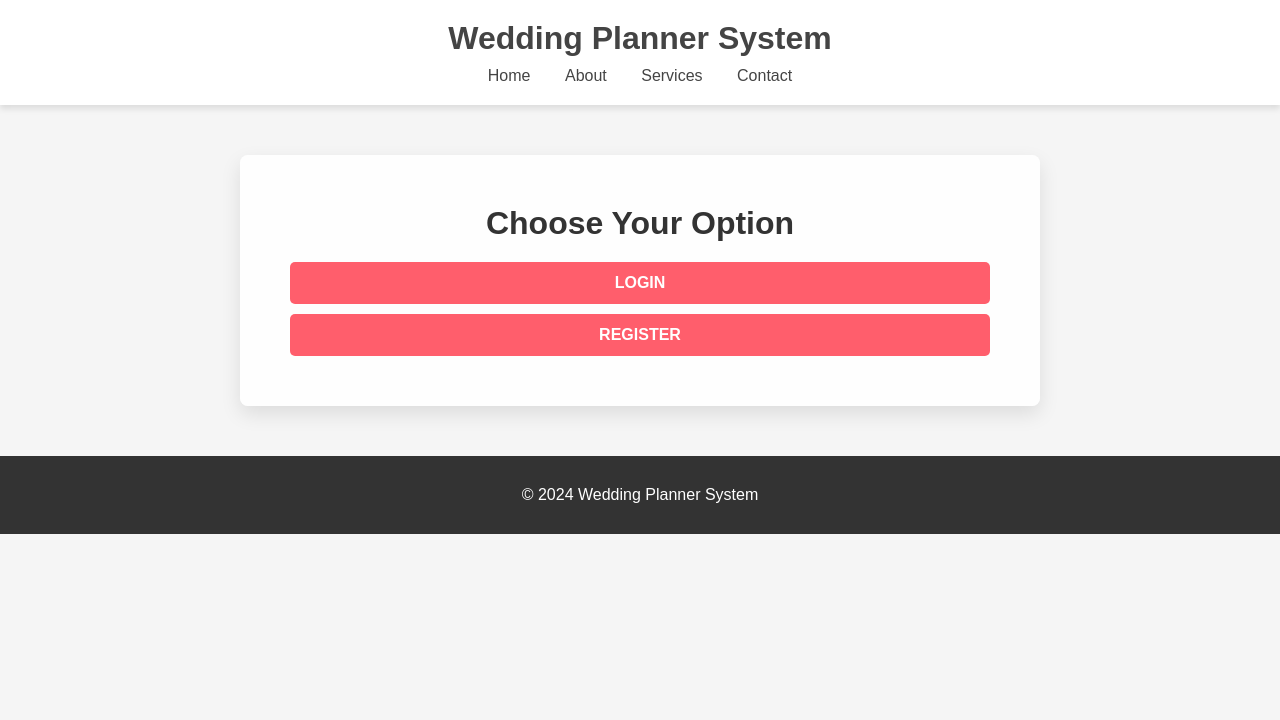
Repository: Sasmita-28/weeding_planner
Page: wedding_system_planner_update/src/main/webapp/options.html
These files come from the project's save history. The page is drawn as it stood at one moment and after the next save; the edit follows.
The browser window is 1280 px wide. The pictures show the whole page.

Above is the page before, as saved 2025-03-13 09:43:56.

### wedding_system_planner_update/src/main/webapp/options.html
<!DOCTYPE html>
<html lang="en">
<head>
  <meta charset="UTF-8">
  <meta name="viewport" content="width=device-width, initial-scale=1.0">
  <title>Login/Register Options</title>
  <link rel="stylesheet" href="styles.css">
</head>
<body class="option_dign">
  <header>
    <h1 class="main-heading">Wedding Planner System</h1>
    <nav>
      <ul>
        <li><a href="index.html">Home</a></li>
        <li><a href="#">About</a></li>
        <li><a href="#">Services</a></li>
        <li><a href="#">Contact</a></li>
      </ul>
    </nav>
  </header>

  <section class="options">
    <div class="option-box">
      <h2 class="option-title">Choose Your Option</h2>
      <div class="btn-container">
        <a href="signin.jsp" class="btn">Login</a>
        <a href="register.jsp" class="btn">Register</a>
      </div>
    </div>
  </section>

  <footer>
    <p>&copy; 2024 Wedding Planner System</p>
  </footer>
</body>
</html>

### wedding_system_planner_update/src/main/webapp/styles.css
@charset "UTF-8";

* {
    margin: 0;
    padding: 0;
    box-sizing: border-box;
    scroll-behavior: smooth;
}

body {
    font-family: 'Poppins', Arial, sans-serif;
    background-color: #f5f5f5;
    color: #333;
}

/* HEADER STYLING */
header {
    background-color: #ffffff;
    box-shadow: 0px 4px 6px rgba(0, 0, 0, 0.1);
    padding: 20px 0;
    text-align: center;
    position: sticky;
    top: 0;
    z-index: 1000;
}

header h1 {
    font-size: 2rem;
    font-weight: 600;
    color: #444;
}

nav ul {
    list-style: none;
    margin-top: 10px;
}

nav ul li {
    display: inline-block;
    margin: 0 15px;
}

nav ul li a {
    text-decoration: none;
    font-size: 1rem;
    font-weight: 500;
    color: #444;
    transition: color 0.3s ease;
}

nav ul li a:hover {
    color: #ff5e6c;
}

/* HERO SECTION */
.hero {
    position: relative;
    display: flex;
    align-items: center;
    justify-content: center;
    text-align: center;
    padding: 200px 20px;
    color: white;
    overflow: hidden; /* Ensures blur does not overflow */
}

.hero::before {
    content: "";
    position: absolute;
    top: 0;
    left: 0;
    width: 100%;
    height: 100%;
    background: url('pexels-dzeninalukac-754262.jpg') center/cover no-repeat;
    filter: blur(50px); /* Adjust the blur intensity */
    z-index: -1;
}

.hero-content {
    position: relative;
    z-index: 2;
    max-width: 600px;
}

.hero h2 {
    font-size: 3rem;
    font-weight: 700;
    margin-bottom: 20px;
    text-shadow: 2px 2px 4px rgba(0, 0, 0, 0.2);
}

.hero p {
    font-size: 1.2rem;
    margin-bottom: 30px;
    opacity: 0.9;
}

.btn {
    display: inline-block;
    padding: 12px 25px;
    font-size: 1rem;
    font-weight: bold;
    text-transform: uppercase;
    color: white;
    background: #ff5e6c;
    border-radius: 5px;
    text-decoration: none;
    transition: background 0.3s ease;
}

.btn:hover {
    background: #ff3c4a;
}

/* OPTIONS SECTION */
.option-box {
    background-color: rgba(255, 255, 255, 0.95);
    padding: 50px;
    border-radius: 8px;
    box-shadow: 0px 8px 20px rgba(0, 0, 0, 0.1);
    text-align: center;
    max-width: 800px;
    margin: 50px auto;
}

.option-title {
    font-size: 2rem;
    font-weight: 600;
    margin-bottom: 20px;
}

.btn-container {
    display: flex;
    flex-direction: column;
    gap: 10px;
}

/* SIGN-IN FORM */
.container {
    display: flex;
    justify-content: center;
    align-items: center;
    height: 100vh;
    background: url('alvin-mahmudov-9_XfcBxf_uo-unsplash.jpg') center/cover no-repeat;
}

.signin-box {
    background: rgba(255, 255, 255, 0.2); /* Transparent white */
    padding: 40px;
    border-radius: 8px;
    box-shadow: 0px 8px 20px rgba(0, 0, 0, 0.1);
    width: 350px;
    text-align: center;
    backdrop-filter: blur(10px); /* Increases blur effect */
    border: 1px solid rgba(255, 255, 255, 0.3); /* Adds a subtle border */
}

.signin-box h2 {
    font-size: 1.8rem;
    font-weight: 600;
    margin-bottom: 20px;
}

.signin-box form input {
    width: 100%;
    padding: 12px;
    margin-bottom: 15px;
    border: 1px solid #ccc;
    border-radius: 5px;
    font-size: 1rem;
}

.signin-box form button {
    width: 100%;
    padding: 12px;
    background-color: #ff5e6c;
    color: white;
    border: none;
    border-radius: 5px;
    cursor: pointer;
    transition: background 0.3s ease;
}

.signin-box form button:hover {
    background-color: #ff3c4a;
}

/* RELIGION SECTION */
.religion {
    display: flex;
    flex-direction: column;
    align-items: center;
    justify-content: center;
    height: 100vh;
    background: url('https://cdn.pixabay.com/photo/2016/11/21/15/58/wedding-1846114_1280.jpg') center/cover no-repeat;
}

@keyframes blink {
    0% { color: purple; }
    33% { color: pink; }
    66% { color: white; }
    100% { color: purple; }
}

.RELIGION {
    font-family: 'Segoe Script', sans-serif;
    font-size: 50px;
    text-align: center;
    color: #d8bfd8;
    animation: blink 2s infinite;
}

#selectoption {
    width: 220px;
    padding: 12px;
    font-size: 1rem;
    border: 2px solid #ddd;
    border-radius: 5px;
    background-color: white;
    cursor: pointer;
}

button {
    display: inline-block;
    margin-top: 20px;
    padding: 12px 25px;
    font-size: 1rem;
    font-weight: bold;
    background-color: #007bff;
    color: white;
    border: none;
    border-radius: 5px;
    cursor: pointer;
    transition: background 0.3s ease;
}

button:hover {
    background-color: #0056b3;
}

/* FOOTER */
footer {
    background-color: #333;
    color: white;
    text-align: center;
    padding: 30px 0;
    font-size: 1rem;
}

/* MEDIA QUERIES */
@media screen and (max-width: 768px) {
    .hero {
        padding: 150px 20px;
    }

    .hero h2 {
        font-size: 2.5rem;
    }

    .hero p {
        font-size: 1rem;
    }

    nav ul {
        display: flex;
        flex-direction: column;
        gap: 10px;
    }

    .signin-box {
        width: 90%;
        padding: 30px;
    }
}

### wedding_system_planner_update/src/main/webapp/style2.css
/* General Styling */
body {
    font-family: 'Poppins', sans-serif;
    margin: 0;
    padding: 0;
    background: url('pexels-dzeninalukac-754262.jpg') center/cover no-repeat;
    display: flex;
    flex-direction: column;
    align-items: center;
    justify-content: center;
    min-height: 100vh;
    color: white;
}

/* Header */
header {
    background: rgba(0, 0, 0, 0.6);
    padding: 20px;
    width: 100%;
    text-align: center;
    position: fixed;
    top: 0;
    left: 0;
}

.main-heading {
    font-size: 2rem;
    font-weight: bold;
    letter-spacing: 1px;
    text-transform: uppercase;
}

/* Navigation */
nav ul {
    list-style: none;
    padding: 0;
    margin: 10px 0 0;
    display: flex;
    justify-content: center;
}

nav ul li {
    margin: 0 15px;
}

nav ul li a {
    color: white;
    text-decoration: none;
    font-weight: 500;
    transition: 0.3s;
}

nav ul li a:hover {
    color: #ffcc00;
}

/* Options Section */
.options {
    display: flex;
    justify-content: center;
    align-items: center;
    height: 100vh;
    width: 100%;
}

/* Glassmorphism Effect for Option Box */
.option-box {
    background: rgba(255, 255, 255, 0.2);
    backdrop-filter: blur(10px);
    padding: 40px;
    border-radius: 12px;
    box-shadow: 0 10px 30px rgba(0, 0, 0, 0.2);
    text-align: center;
    border: 1px solid rgba(255, 255, 255, 0.3);
}

/* Option Title */
.option-title {
    font-size: 1.8rem;
    margin-bottom: 20px;
    font-weight: bold;
}

/* Button Container */
.btn-container {
    display: flex;
    justify-content: center;
    gap: 20px;
}

/* Buttons */
.btn {
    display: inline-block;
    padding: 12px 25px;
    font-size: 1.1rem;
    color: white;
    background: linear-gradient(135deg, #ff7eb3, #ff758c);
    border-radius: 8px;
    text-decoration: none;
    font-weight: bold;
    transition: 0.3s;
    box-shadow: 0 4px 15px rgba(255, 118, 136, 0.3);
}

.btn:hover {
    background: linear-gradient(135deg, #ff758c, #ff7eb3);
    transform: translateY(-3px);
    box-shadow: 0 6px 20px rgba(255, 118, 136, 0.5);
}

/* Footer */
footer {
    text-align: center;
    padding: 15px;
    background: rgba(0, 0, 0, 0.5);
    width: 100%;
    position: fixed;
    bottom: 0;
    left: 0;
}

After the next save:
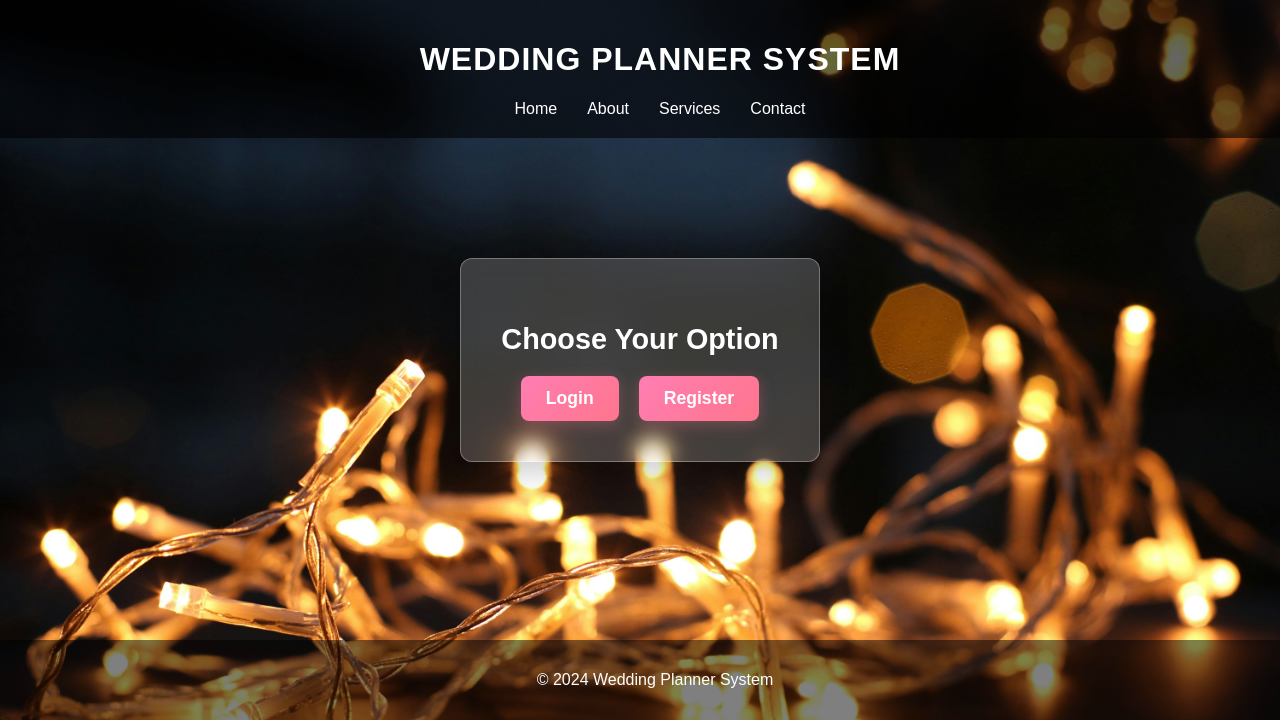
Saved 4 s later.
--- a/wedding_system_planner_update/src/main/webapp/options.html
+++ b/wedding_system_planner_update/src/main/webapp/options.html
@@ -4,7 +4,7 @@
   <meta charset="UTF-8">
   <meta name="viewport" content="width=device-width, initial-scale=1.0">
   <title>Login/Register Options</title>
-  <link rel="stylesheet" href="styles.css">
+  <link rel="stylesheet" href="style2.css">
 </head>
 <body class="option_dign">
   <header>
